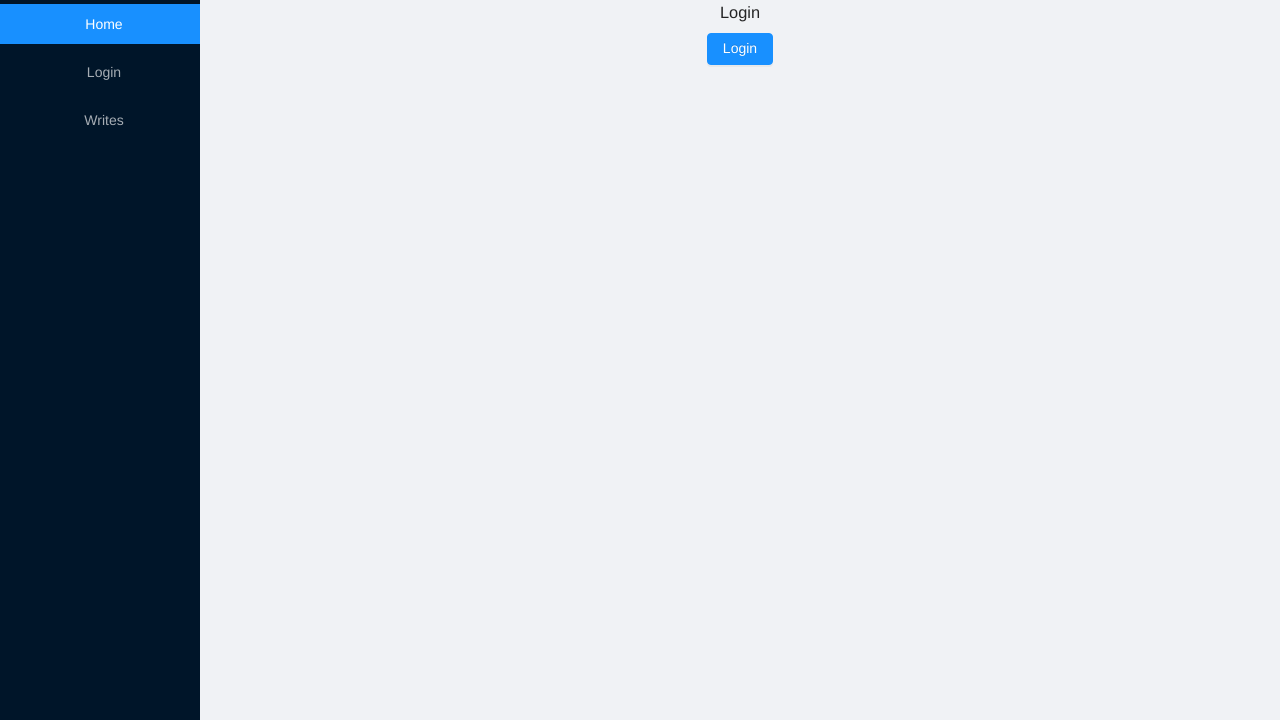
Repository: writesapp/mod
Page: /login
These files come from the project's save history. The page is drawn as it stood at one moment and after the next save; the edit follows.
The browser window is 1280 px wide. The pictures show the whole page.
The project was rebuilt for these pictures with package versions that can differ from the ones it lists, and the page was loaded fresh each time. Also part of the build but not shown: src/views/Home.vue, src/views/Writes.vue.

Above is the page before, as saved 2020-07-09 15:06:37.

### src/main.js
import Antd from 'ant-design-vue';
import Vue from 'vue';
import App from './App.vue';
import './registerServiceWorker';
import router from './router';
import store from './store';
import 'ant-design-vue/dist/antd.css';

Vue.config.productionTip = false;
Vue.use(Antd);

new Vue({
  router,
  store,
  render: (h) => h(App),
}).$mount('#app');

### src/App.vue
<template>
  <div id="app">
    <a-layout id="components-layout-demo-custom-trigger">
    <a-layout-sider v-model="collapsed" :trigger="null" collapsible>
      <div class="logo" />
      <a-menu theme="dark" mode="inline" :default-selected-keys="['1']">
        <a-menu-item key="1">
          <router-link to="/">Home</router-link>
        </a-menu-item>
        <a-menu-item key="2">
          <router-link to="/login">Login</router-link>
        </a-menu-item>
        <a-menu-item key="3">
          <router-link to="/writes">Writes</router-link>
        </a-menu-item>
      </a-menu>
    </a-layout-sider>
    <a-layout>
      <a-layout-content>
        <router-view/>
      </a-layout-content>
    </a-layout>
  </a-layout>
  </div>
</template>

<script>
import { auth } from '@/initFirebase';
import store from '@/store';

export default {
  name: "App",
  mounted() {
    auth.onAuthStateChanged((user) => store.dispatch("fetchUser", user));
  },
};
</script>

<style lang="scss">
#app {
  font-family: Avenir, Helvetica, Arial, sans-serif;
  -webkit-font-smoothing: antialiased;
  -moz-osx-font-smoothing: grayscale;
  text-align: center;
  color: #2c3e50;
}

.ant-layout {
  height: 100vh;
}
</style>

### src/router/index.js
import Vue from 'vue';
import VueRouter from 'vue-router';
import Home from '../views/Home.vue';
import Login from '../views/Login.vue';
import Writes from '../views/Writes.vue';

Vue.use(VueRouter);

const routes = [
  {
    path: '/',
    name: 'Home',
    component: Home,
  },
  {
    path: '/login',
    name: 'Login',
    // route level code-splitting
    // this generates a separate chunk (about.[hash].js) for this route
    // which is lazy-loaded when the route is visited.
    component: Login,
  },
  {
    path: '/writes',
    name: 'Writes',
    component: Writes,
  },
];

const router = new VueRouter({
  mode: 'history',
  base: process.env.BASE_URL,
  routes,
});

export default router;

### src/store/index.js
import Vue from 'vue';
import Vuex from 'vuex';

Vue.use(Vuex);

export default new Vuex.Store({
  state: {
    user: {
      loggedIn: false,
      data: null,
    },
  },
  mutations: {
    setLoggedState(state, value) {
      state.user.loggedIn = value;
    },
    setUser(state, data) {
      state.user.data = data;
    },
  },
  actions: {
    fetchUser({ commit }, user) {
      commit("setLoggedState", user !== null);
      if (user) {
        commit("setUser", {
          displayName: user.displayName,
          email: user.email,
        });
      } else {
        commit("setUser", null);
      }
    },
  },
});

### src/initFirebase.js
import firebase from 'firebase';

const configOptions = {
  apiKey: "AIzaSyBe23vGrWbbtK6cWQflEewoDvTBtKWQEBM",
  authDomain: "test-project-116cf.firebaseapp.com",
  databaseURL: "https://test-project-116cf.firebaseio.com",
  projectId: "test-project-116cf",
  storageBucket: "test-project-116cf.appspot.com",
  messagingSenderId: "507446435196",
  appId: "1:507446435196:web:8a13dc8c60ddcf65e058f9",
  measurementId: "G-H01LY21GK7",
};

firebase.initializeApp(configOptions);

export const auth = firebase.auth();
export const googleProvider = new firebase.auth.GoogleAuthProvider();

### src/views/Login.vue
<template>
  <div class="home">
    <div class="login">
      <h1>Login</h1>
      <a-button type="primary" @click.native="login()">
      Login
      </a-button>
    </div>
  </div>
</template>

<script>
import { auth, googleProvider } from '@/initFirebase';
import store from '@/store';

export default {
  name: 'Login',
  methods: {
    login() {
      auth.signInWithPopup(googleProvider)
        .then((result) => {
          store.dispatch("fetchUser", result.user);
          this.$router.push('/');
        })
        .catch((err) => alert(`Something went wrong: ${err.message}`));
    },
  },
};
</script>

Loaded but not shown: public/index.html (common file); src/registerServiceWorker.js (common file)

After the next save:
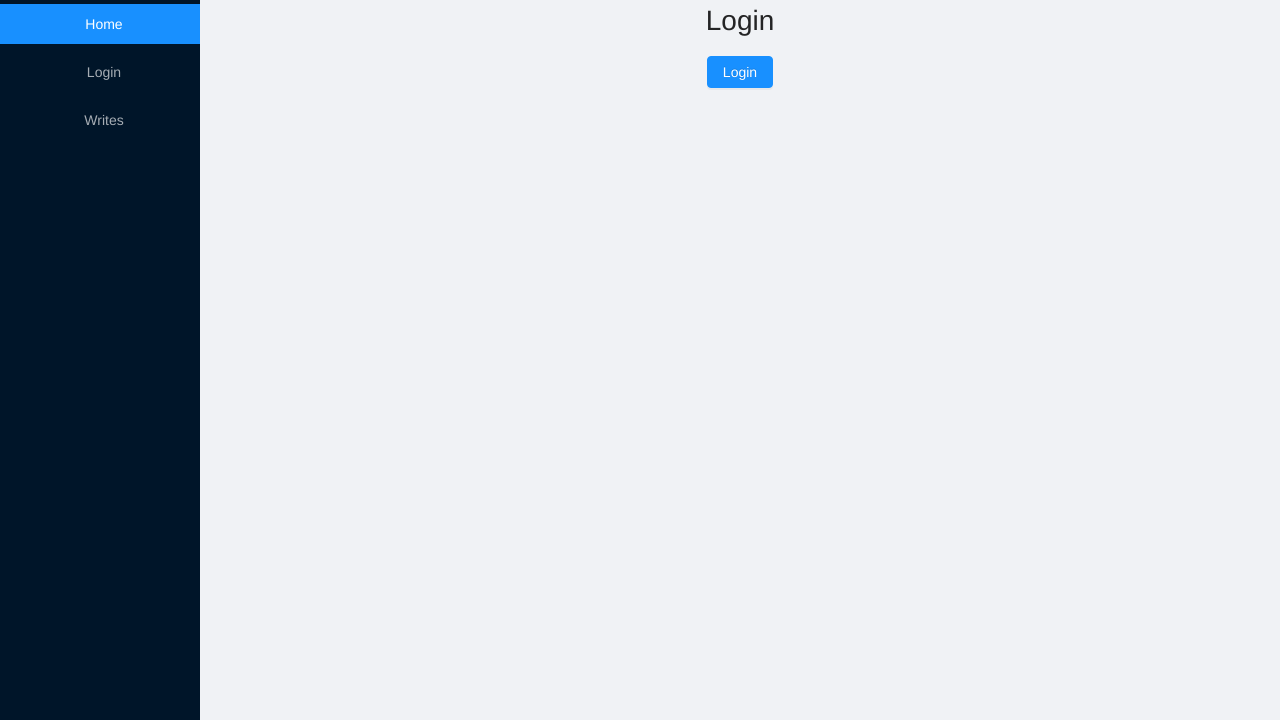
Saved 69 min 44 s later.
--- a/src/views/Login.vue
+++ b/src/views/Login.vue
@@ -27,3 +27,9 @@ export default {
   },
 };
 </script>
+
+<style scoped>
+  h1 {
+    font-size: 2em;
+  }
+</style>
